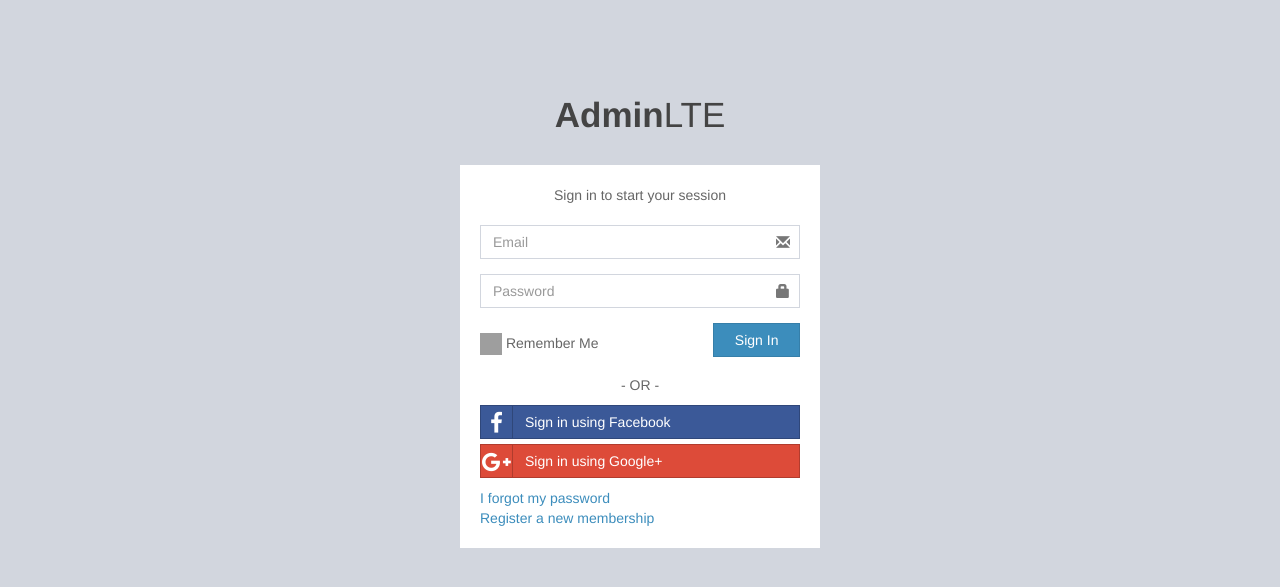
Repository: abinhasan/AdminLteIntegrationToAngular
Page: /
These files come from the project's save history. The page is drawn as it stood at one moment and after the next save; the edit follows.
The browser window is 1280 px wide. The pictures show the whole page.
Pictures or frames that could not be fetched are drawn as grey boxes. The project was rebuilt for these pictures with package versions that can differ from the ones it lists, and the page was loaded fresh each time. Also part of the build but not shown: angular.json.

Above is the page before, as saved 2019-07-22 22:42:45.

### src/index.html
<!doctype html>
<html lang="en">
<head>
  <meta charset="utf-8">
  <title>AdminLteIntegrationToAngular</title>
  <base href="/">

  <meta name="viewport" content="width=device-width, initial-scale=1">
  <link rel="icon" type="image/x-icon" href="favicon.ico">
</head>
<body>
  <app-root></app-root>
</body>
</html>

### src/styles.scss
/* You can add global styles to this file, and also import other style files */

@import url(assets/bower_components/bootstrap/dist/css/bootstrap.min.css);
@import url(assets/bower_components/font-awesome/css/font-awesome.min.css);
@import url(assets/bower_components/Ionicons/css/ionicons.min.css);
@import url(assets/bower_components/jvectormap/jquery-jvectormap.css);
@import url(assets/dist/css/AdminLTE.min.css);
@import url(assets/dist/css/skins/_all-skins.min.css);
@import url(assets/plugins/iCheck/square/blue.css);
// @import url(https://fonts.googleapis.com/css?family=Source+Sans+Pro:300,400,600,700,300italic,400italic,600italic);

### src/app/app.module.ts
import { BrowserModule } from '@angular/platform-browser';
import { NgModule } from '@angular/core';

import { AppRoutingModule } from './app-routing.module';
import { AppComponent } from './app.component';
import { LoginModule } from './login/login.module';

@NgModule({
  declarations: [
    AppComponent
  ],
  imports: [
    BrowserModule,
    AppRoutingModule,
    LoginModule
  ],
  providers: [],
  bootstrap: [AppComponent]
})
export class AppModule { }

### src/app/app-routing.module.ts
import { NgModule } from '@angular/core';
import { Routes, RouterModule } from '@angular/router';

const routes: Routes = [
  {path: '', redirectTo: 'login', pathMatch: 'full'}
];

@NgModule({
  imports: [RouterModule.forChild(routes)],
  exports: [RouterModule]
})
export class AppRoutingModule { }

### src/app/app.component.ts
import { Component } from '@angular/core';

@Component({
  selector: 'app-root',
  templateUrl: './app.component.html',
  styleUrls: ['./app.component.scss']
})
export class AppComponent {
  title = 'AdminLteIntegrationToAngular';
}

### src/app/login/login.module.ts
import { NgModule } from '@angular/core';
import { CommonModule } from '@angular/common';

import { LoginRoutingModule } from './login-routing.module';
import { LoginComponent } from './login/login.component';

@NgModule({
  imports: [
    CommonModule,
    LoginRoutingModule
  ],
  declarations: [LoginComponent]
})
export class LoginModule { }

### src/app/login/login-routing.module.ts
import { NgModule } from '@angular/core';
import { Routes, RouterModule } from '@angular/router';
import { LoginComponent } from './login/login.component';


const routes: Routes = [
  {path:'login', component: LoginComponent}
];

@NgModule({
  imports: [RouterModule.forRoot(routes)],
  exports: [RouterModule]
})
export class LoginRoutingModule { }

### src/app/login/login/login.component.ts
import { Component, OnInit } from '@angular/core';

@Component({
  selector: 'app-login',
  templateUrl: './login.component.html',
  styleUrls: ['./login.component.scss']
})
export class LoginComponent implements OnInit {

  constructor() { }

  ngOnInit() {
    document.body.className = 'hold-transition login-page';
  }

}

### src/app/login/login/login.component.html
<div class="login-box">
    <div class="login-logo">
        <a href="../../index2.html"><b>Admin</b>LTE</a>
    </div>
    <!-- /.login-logo -->
    <div class="login-box-body">
        <p class="login-box-msg">Sign in to start your session</p>

        <form action="../../index2.html" method="post">
            <div class="form-group has-feedback">
                <input type="email" class="form-control" placeholder="Email">
                <span class="glyphicon glyphicon-envelope form-control-feedback"></span>
            </div>
            <div class="form-group has-feedback">
                <input type="password" class="form-control" placeholder="Password">
                <span class="glyphicon glyphicon-lock form-control-feedback"></span>
            </div>
            <div class="row">
                <div class="col-xs-8">
                    <div class="checkbox icheck">
                        <label class="">
              <div class="icheckbox_square-blue" aria-checked="false" aria-disabled="false" style="position: relative;"><input type="checkbox" style="position: absolute; top: -20%; left: -20%; display: block; width: 140%; height: 140%; margin: 0px; padding: 0px; background: rgb(255, 255, 255); border: 0px; opacity: 0;"><ins class="iCheck-helper" style="position: absolute; top: -20%; left: -20%; display: block; width: 140%; height: 140%; margin: 0px; padding: 0px; background: rgb(255, 255, 255); border: 0px; opacity: 0;"></ins></div> Remember Me
            </label>
                    </div>
                </div>
                <!-- /.col -->
                <div class="col-xs-4">
                    <button type="submit" class="btn btn-primary btn-block btn-flat">Sign In</button>
                </div>
                <!-- /.col -->
            </div>
        </form>

        <div class="social-auth-links text-center">
            <p>- OR -</p>
            <a href="#" class="btn btn-block btn-social btn-facebook btn-flat"><i class="fa fa-facebook"></i> Sign in using
        Facebook</a>
            <a href="#" class="btn btn-block btn-social btn-google btn-flat"><i class="fa fa-google-plus"></i> Sign in using
        Google+</a>
        </div>
        <!-- /.social-auth-links -->

        <a href="#">I forgot my password</a><br>
        <a href="register.html" class="text-center">Register a new membership</a>

    </div>
    <!-- /.login-box-body -->
</div>

Loaded but not shown: src/main.ts (common file); src/assets/bower_components/bootstrap/dist/css/bootstrap.min.css (library); src/assets/bower_components/font-awesome/css/font-awesome.min.css (library); src/assets/bower_components/Ionicons/css/ionicons.min.css (library); src/assets/bower_components/jvectormap/jquery-jvectormap.css (common file); src/assets/dist/css/AdminLTE.min.css (library); src/assets/dist/css/skins/_all-skins.min.css (library); src/assets/plugins/iCheck/square/blue.css (common file); src/environments/environment.ts (common file); src/app/app.component.html (common file); src/app/app.component.scss (no stored copy; drawn as an empty file); src/app/login/login/login.component.scss (no stored copy; drawn as an empty file)

After the next save:
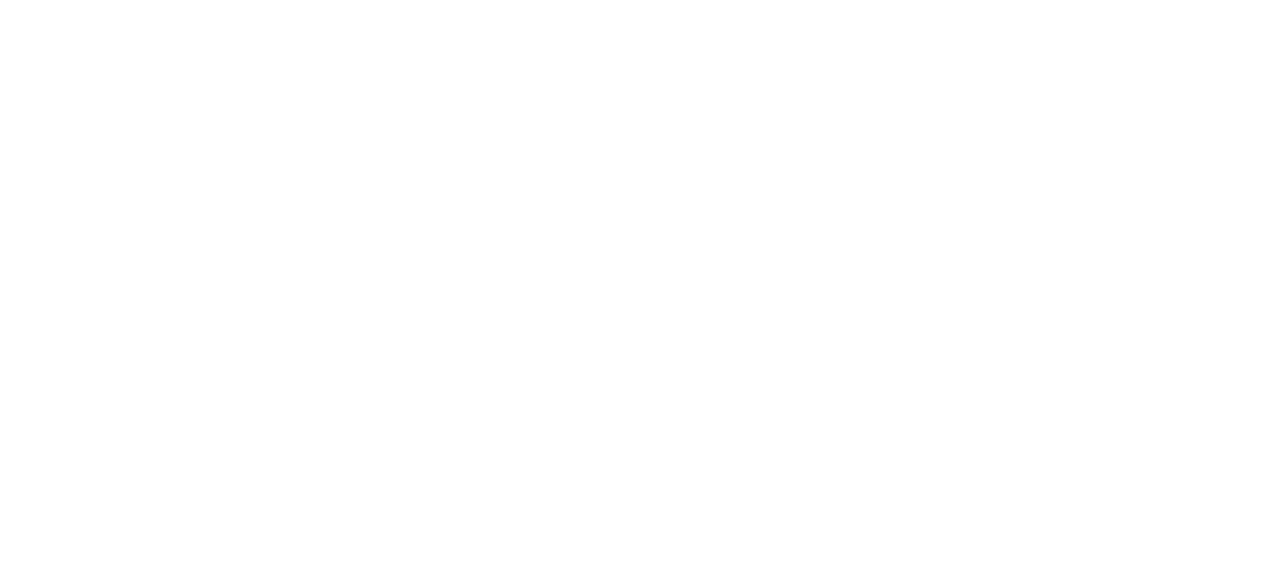
Saved 23 s later.
--- a/src/app/login/login-routing.module.ts
+++ b/src/app/login/login-routing.module.ts
@@ -8,7 +8,7 @@
 ];
 
 @NgModule({
-  imports: [RouterModule.forRoot(routes)],
+  imports: [RouterModule.forChild(routes)],
   exports: [RouterModule]
 })
 export class LoginRoutingModule { }

After the save that followed:
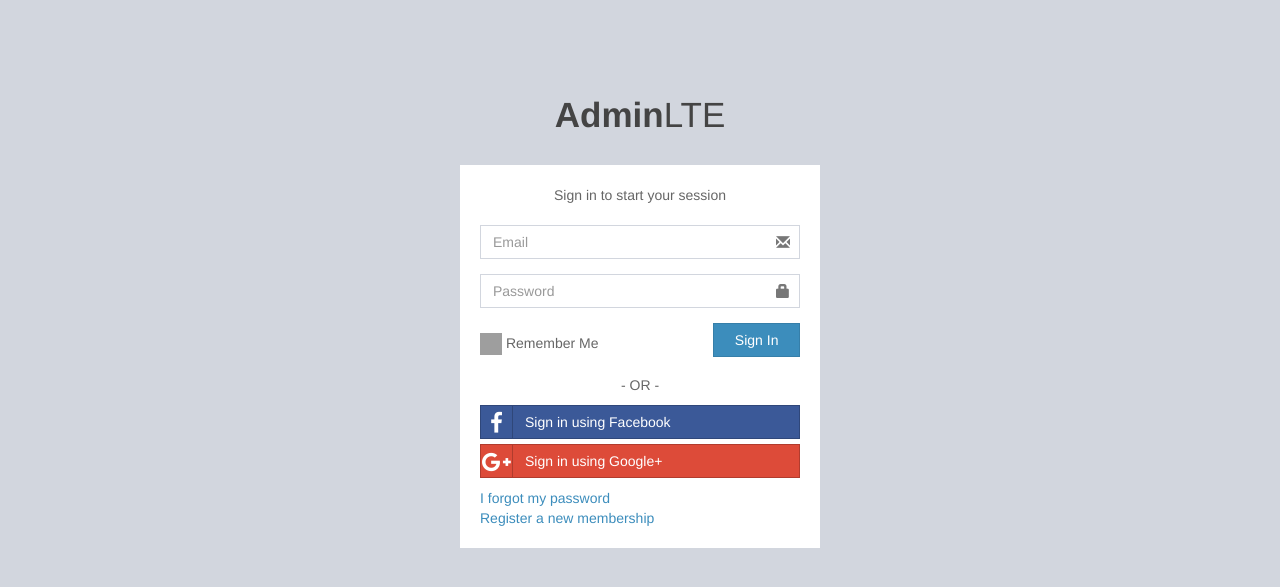
Saved 70 s later.
--- a/src/app/app-routing.module.ts
+++ b/src/app/app-routing.module.ts
@@ -6,7 +6,7 @@
 ];
 
 @NgModule({
-  imports: [RouterModule.forChild(routes)],
+  imports: [RouterModule.forRoot(routes)],
   exports: [RouterModule]
 })
 export class AppRoutingModule { }
